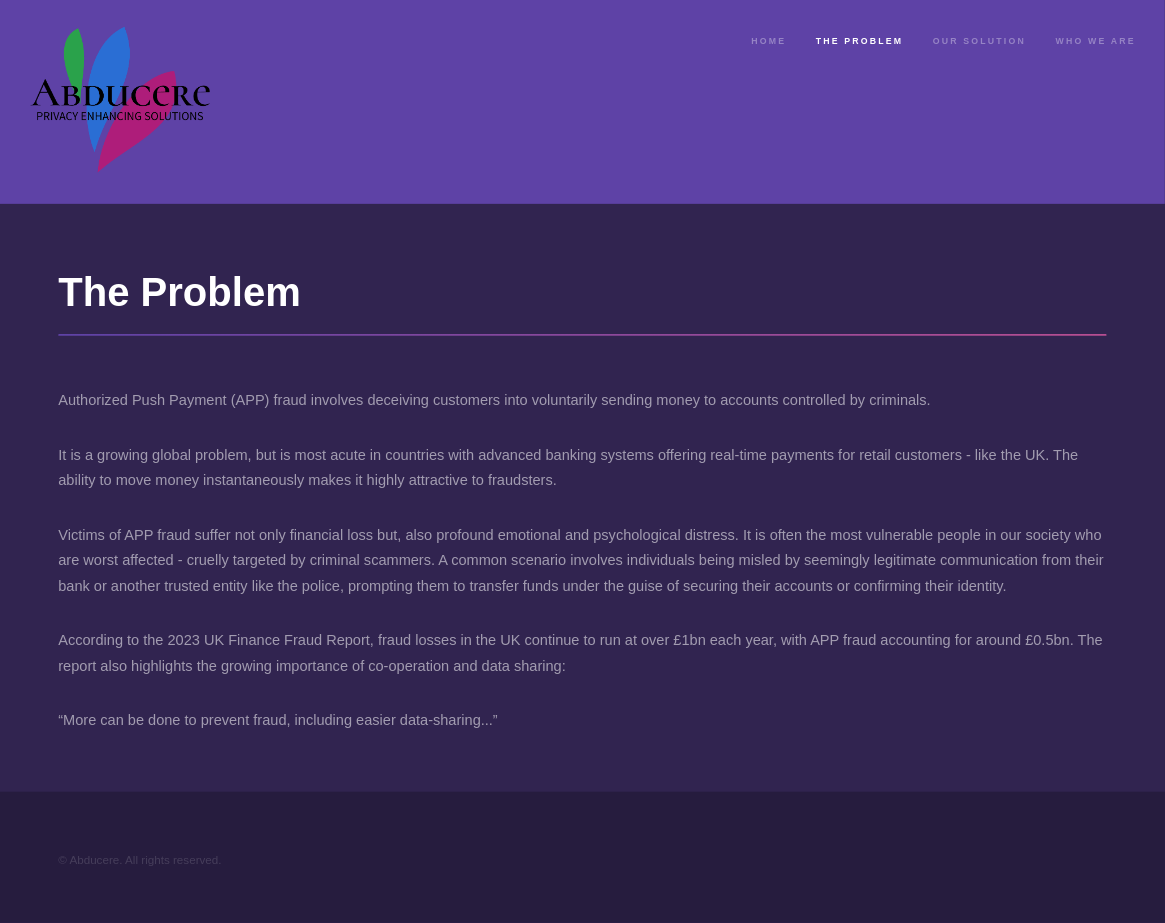
Repository: nocnoc94/nocnoc94.github.io
Page: the-problem.html
An editor plug-in stored every save of this project. The page is shown before and after a run of saves, followed by the edit.
The browser window is 1280 px wide. The pictures show the whole page, at 91% of full size.

Above is the page before, as saved 2024-03-21 16:31:44.

### the-problem.html
<!DOCTYPE HTML>
<html>

<head>
	<title>Abducere - The Problem</title>
	<meta charset="utf-8" />
	<meta name="viewport" content="width=device-width, initial-scale=1, user-scalable=no" />
	<link rel="icon" href="/static/images/favicon.ico" type="image/x-icon">
	<link rel="stylesheet" href="/static/css/main.css" />
	<noscript>
		<link rel="stylesheet" href="/static/css/noscript.css" />
	</noscript>
</head>

<body class="is-preload">

	<!-- Header -->
	<header id="header">
		<!-- <a href="index.html" class="title">Abducere</a> -->
		<a id="headerLogo" class="image" href="index.html"><img src="/static/images/abducere-logo-1.png" alt=""
				data-position="left left" /></a>
		<nav>
			<ul>
				<li><a href="index.html">Home</a></li>
				<li><a href="the-problem.html" class="active">The Problem</a></li>
				<li><a href="our-solution.html">Our Solution</a></li>
				<li><a href="who-we-are.html">Who We Are</a></li>
			</ul>
		</nav>
	</header>

	<!-- Wrapper -->
	<div id="wrapper">

		<!-- Main -->
		<section id="main" class="wrapper">
			<div class="inner">
				<h1 class="major">The Problem</h1>
				<!-- <span class="image fit"><img src="/static/images/pic04.jpg" alt="" /></span> -->
				<p>Authorized Push Payment (APP) fraud involves deceiving customers into voluntarily sending money to
					accounts controlled by criminals.
				</p>
				<p>It is a growing global problem, but is most acute in countries with advanced banking systems offering
					real-time payments for retail customers - like the UK. The ability to move money instantaneously
					makes it highly attractive to fraudsters.
				</p>
				<p>Victims of APP fraud suffer not only financial loss but, also profound emotional and psychological
					distress. It is often the most vulnerable people in our society who are worst affected - cruelly
					targeted by criminal scammers. A common scenario involves individuals being misled by seemingly
					legitimate communication from their bank or another trusted entity like the police, prompting them
					to transfer funds under the guise of securing their accounts or confirming their identity.
				</p>
				<p>According to the 2023 UK Finance Fraud Report, fraud losses in the UK continue to run at over £1bn
					each year, with APP fraud accounting for around £0.5bn. The report also highlights the growing
					importance of co-operation and data sharing:
				</p>
				<p>“More can be done to prevent fraud, including easier data-sharing...”
				</p>
				<p>
				</p>
			</div>
		</section>

	</div>

	<!-- Footer -->
	<footer id="footer" class="wrapper alt">
		<div class="inner">
			<ul class="menu">
				<li>&copy; Abducere. All rights reserved.</li>
			</ul>
		</div>
	</footer>

	<!-- Scripts -->
	<script src="/static/js/jquery.min.js"></script>
	<script src="/static/js/jquery.scrollex.min.js"></script>
	<script src="/static/js/jquery.scrolly.min.js"></script>
	<script src="/static/js/browser.min.js"></script>
	<script src="/static/js/breakpoints.min.js"></script>
	<script src="/static/js/util.js"></script>
	<script src="/static/js/main.js"></script>

</body>

</html>

Loaded but not shown: static/js/jquery.min.js (library); static/js/jquery.scrollex.min.js (common file); static/js/jquery.scrolly.min.js (common file); static/js/browser.min.js (common file); static/js/breakpoints.min.js (common file); static/css/fontawesome-all.min.css (library); static/js/util.js (587 lines, source omitted); static/js/main.js (190 lines, source omitted); static/css/main.css (4012 lines, source omitted)

After the next 2 saves:
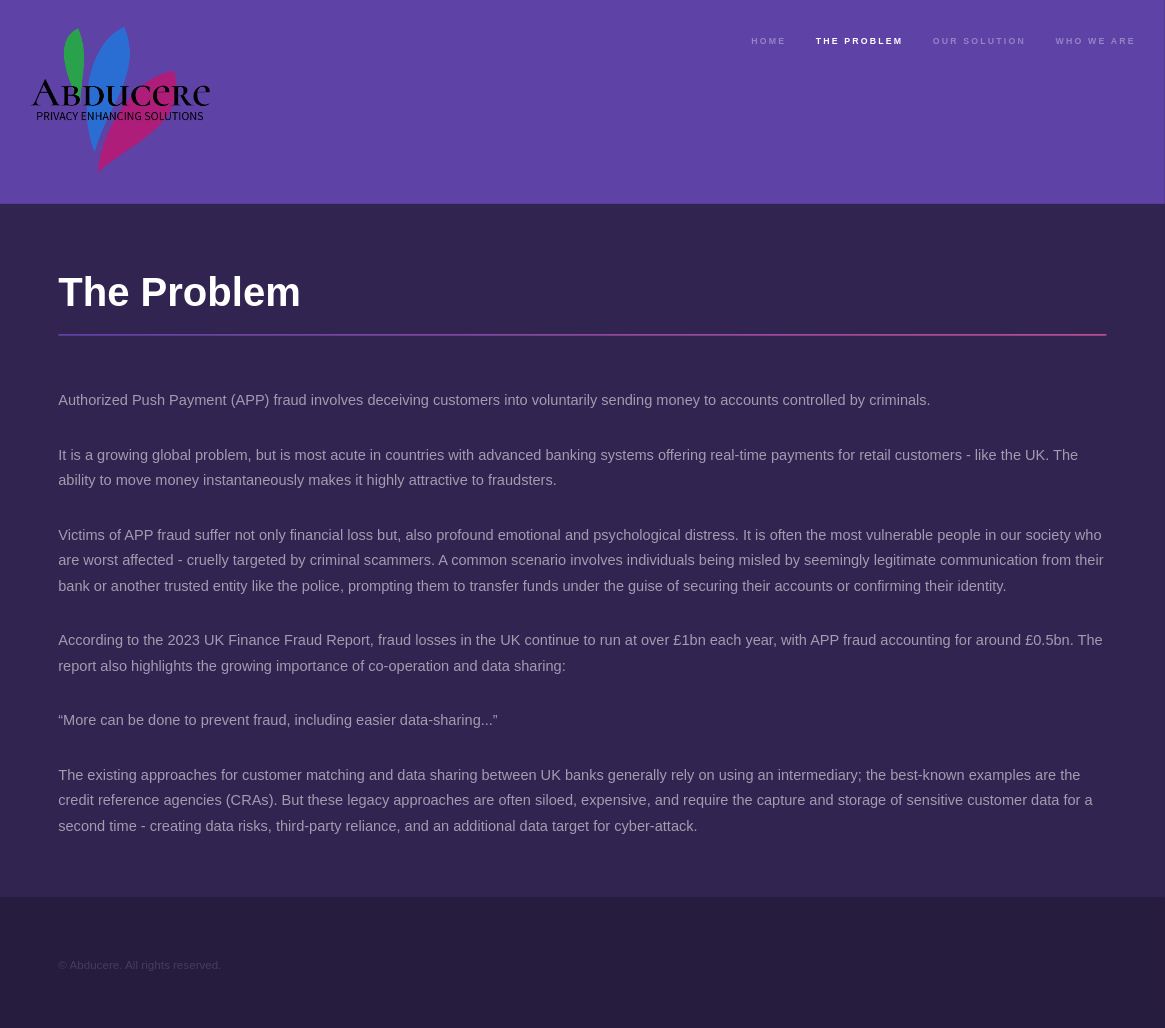
The 2 saves are shown as one change because they came seconds apart.
The last was saved 8 s later.
--- a/the-problem.html
+++ b/the-problem.html
@@ -56,7 +56,11 @@
 				</p>
 				<p>“More can be done to prevent fraud, including easier data-sharing...”
 				</p>
-				<p>
+				<p>The existing approaches for customer matching and data sharing between UK banks generally rely on
+					using an intermediary; the best-known examples are the credit reference agencies (CRAs). But these
+					legacy approaches are often siloed, expensive, and require the capture and storage of sensitive
+					customer data for a second time - creating data risks, third-party reliance, and an additional data
+					target for cyber-attack.
 				</p>
 			</div>
 		</section>
